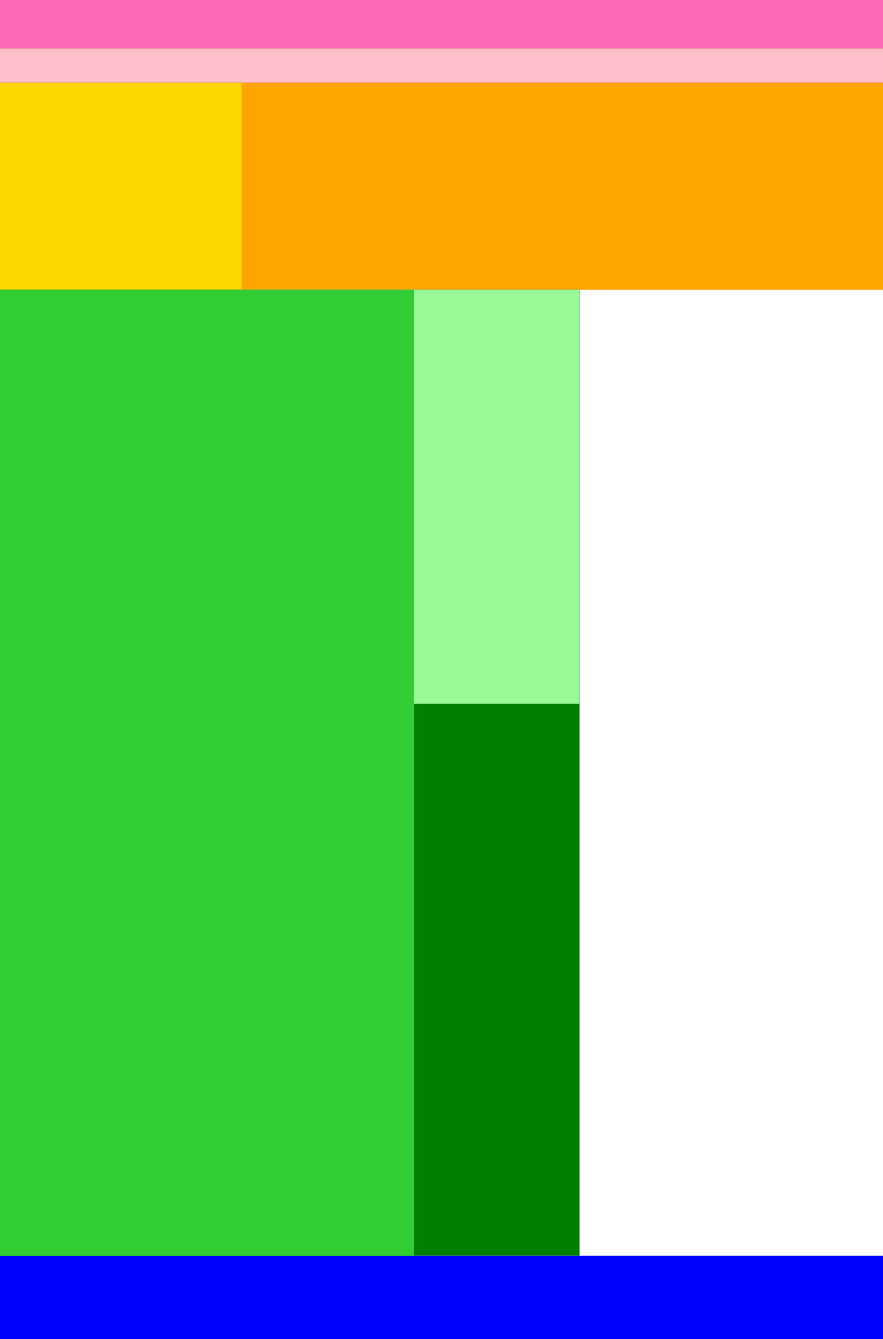
Repository: RAM-OK/git-practice
Page: caravan/index.html
The author's editor kept a record of every edit. The page is drawn from the files as they stood at one moment, then again after the next edit.
The browser window is 1280 px wide. The pictures show the whole page, at 69% of full size.

Above is the page before.

### caravan/index.html
<!DOCTYPE html>
<html lang="ja">
  <head>
    <meta charset="UTF-8" />
    <!- CSSファイルの読み込み ->
    <link rel="stylesheet" href="style.css" />
    <title>CARAVAN</title>
  </head>

  <body>
    <!- header用のdiv ->
    <div class="header">
      <div class="header-top"></div>
      <div class="header-bottom"></div>
    </div>

    <!- main-visual用のdiv ->
    <div class="main-visual">
     <div class="main-visual-content"></div>
    </div>

    <!- main用のdiv ->
    <div class="main">
      <div class="blog"></div>
      <div class="sidebar"></div>
    </div>

    <!- footer用のdiv ->
    <div class="footer"></div>
  </body>
</html>

### caravan/style.css
/* ブラウザがそれぞれ持っているCSSをリセットするための記述 */
*{
  margin: 0;
  padding: 0;
  box-sizing: border-box;
}

.header {
  width: 100%; /*横幅いっぱい */
  height: 120px; /* 高さ120px */
  background-color: red; /* 背景色red */
}

.header-top {
  width: 100%; /* 横幅いっぱい　*/
  height: 70px; /* 高さ70px */
  background-color: hotpink; /* 背景色hotpink */
}

.header-bottom {
  width: 100%; /* 横幅いっぱい */
  height: 50px; /* 高さ50px */
  background-color: pink; /* 背景色pink */
}

.main-visual {
  width: 100%; /* 横幅いっぱい */
  height: 300px; /* 高さ300px */
  background-color: orange; /* 背景色orange */
}

.main-visual-content {
  width: 350px; /* 横幅350px */
  height: 300px; /* 親の高さに揃える */
  background-color: gold; /* 背景色gold */
}

.main {
  width: 840px; /* 横幅840px */
  /* background-color, heightの指定を解除 */
  height: 1400px; /* 高さ1400px （多めに設定）*/
  background-color: green; /* 背景色green */
  display: flex; /*Flexboxの利用 */
  justify-content: center; /* 子要素の横並び・中央寄せ */
  margin: 0; auto; /* 中央寄せ （左右の余白がないとできない） */
}

.blog {
  width: 600px; /* 横幅600px */
  height: 1400px; /* 高さ1400px */
  background-color: limegreen; /* 背景色limegreen */
}

.sidebar {
  width: 240px; /* 横幅240px */
  height: 600px; /* 高さ600px */
  background-color: palegreen; /* 背景色palegreen */
}

.footer {
  width: 100%; /* 横幅いっぱい */
  height: 120px; /* 高さ120px */
  background-color: blue; /* 背景色blue */
}

After the next edit:
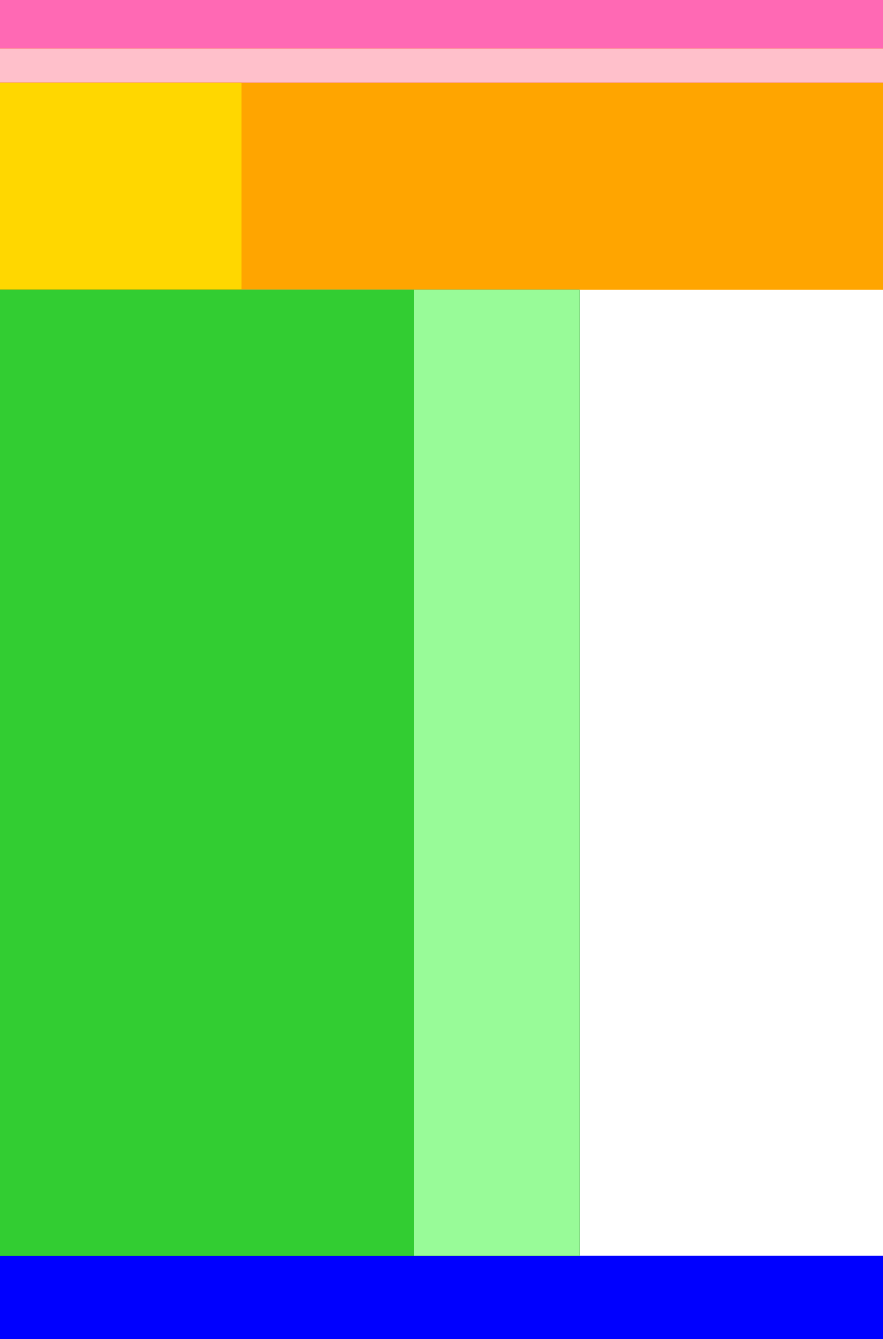
The edit:
--- a/caravan/style.css
+++ b/caravan/style.css
@@ -53,7 +53,7 @@
 
 .sidebar {
   width: 240px; /* 横幅240px */
-  height: 600px; /* 高さ600px */
+  height: 1400px; /* 高さ1400px */
   background-color: palegreen; /* 背景色palegreen */
 }
 
